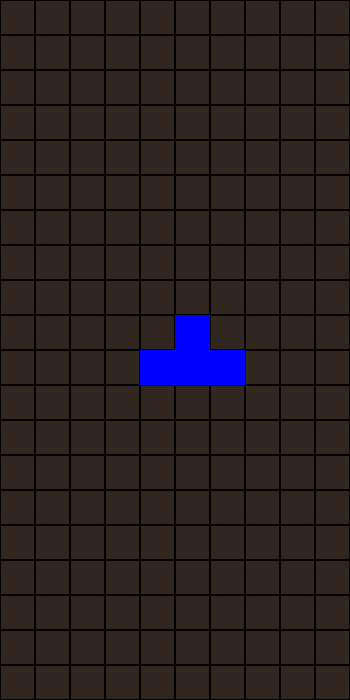
Repository: lucacdev/Tetris
Script's output: python main.py
The author's editor kept a copy of each file at every save. The script's output is drawn from the files as they stood at one save, then again after the next save.
The window is shown after at most 60 frames with no key pressed. Random numbers start from a fixed seed.

Above is the script's output before, as saved 2024-02-29 18:38:12.

### main.py
from settings import *
from tetris import Tetris
import sys

class App:
    def __init__(self):
        pg.init()
        pg.display.set_caption('Tetris')
        self.screen = pg.display.set_mode(FIELD_RES)
        self.clock = pg.time.Clock()
        self.tetris = Tetris(self)

    def update(self):
        self.tetris.update()
        self.clock.tick(FPS)

    def draw(self):
        self.screen.fill(color=FIELD_COLOUR)
        self.tetris.draw()
        pg.display.flip()

    def check_events(self):
        for event in pg.event.get():
            if event.type == pg.QUIT or (event.type == pg.KEYDOWN and event.key == pg.KEY_ESCAPE):
                pg.quit()
                sys.exit()

    def run(self):
        while True:
            self.check_events()
            self.update()
            self.draw()

if __name__ == '__main__':
    app = App()
    app.run()

### settings.py
import pygame as pg

vec = pg.math.Vector2

FPS = 60
FIELD_COLOUR = (48, 39, 32)

TILE_SIZE = 35
FIELD_SIZE = FIELD_W, FIELD_H = 10, 20
FIELD_RES = FIELD_W * TILE_SIZE, FIELD_H * TILE_SIZE

INIT_POS_OFFSET = vec(FIELD_SIZE) // 2

TETROMINOES = {
    'T' : [(0, 0), (-1, 0), (1, 0), (0, -1)],
    'O' : [(0, 0), (0, -1), (1, 0), (1, -1)],
    'J' : [(0, 0), (-1, 0), (0, -1), (0, -2)],
    'L' : [(0, 0), (1, 0), (0, -1), (0, -2)],
    'I' : [(0, 0), (0, 1), (0, -1), (0, -2)],
    'S' : [(0, 0), (-1, 0), (0, -1), (1, -1)],
    'Z' : [(0, 0), (1, 0), (0, -1), (-1, -1)]
}

### tetris.py
from settings import *
import math
from tetromino import Tetromino

class Tetris:
    def __init__(self, app):
        self.app = app
        self.sprite_group = pg.sprite.Group()
        self.tetromino = Tetromino(self)

    def draw_grid(self):
        for x in range (FIELD_W):
            for y in range (FIELD_H):
                pg.draw.rect(self.app.screen, 'black',
                             (x * TILE_SIZE, y * TILE_SIZE, TILE_SIZE, TILE_SIZE), 1)

    def update(self):
        self.tetromino.update()
        self.sprite_group.update()

    def draw(self):
        self.draw_grid()
        self.sprite_group.draw(self.app.screen)

### tetromino.py
from settings import *

class Block(pg.sprite.Sprite):
    def __init__(self, tetromino, pos):
        self.tetromino = tetromino
        self.pos = vec(pos) + INIT_POS_OFFSET

        super().__init__(tetromino.tetris.sprite_group)
        self.image = pg.Surface([TILE_SIZE, TILE_SIZE])
        self.image.fill('blue')

        self.rect = self.image.get_rect()
        self.rect.topleft = self.pos * TILE_SIZE

class Tetromino:
    def __init__(self, tetris):
        self.tetris = tetris
        self.shape = 'T'
        self.blocks = [Block(self, pos) for pos in TETROMINOES[self.shape]]

    def update(self):
        pass

After the next save:
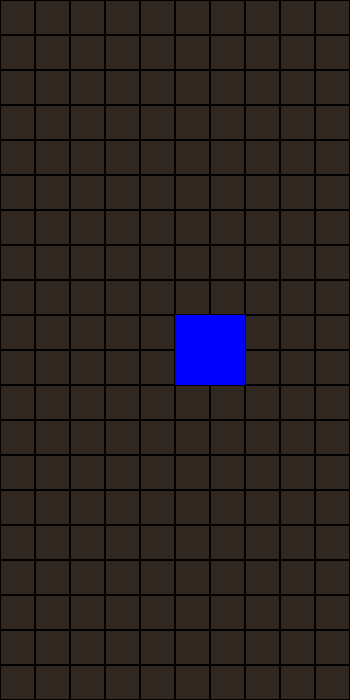
Saved 49 s later.
--- a/tetromino.py
+++ b/tetromino.py
@@ -15,7 +15,7 @@
 class Tetromino:
     def __init__(self, tetris):
         self.tetris = tetris
-        self.shape = 'T'
+        self.shape = 'O'
         self.blocks = [Block(self, pos) for pos in TETROMINOES[self.shape]]
 
     def update(self):
